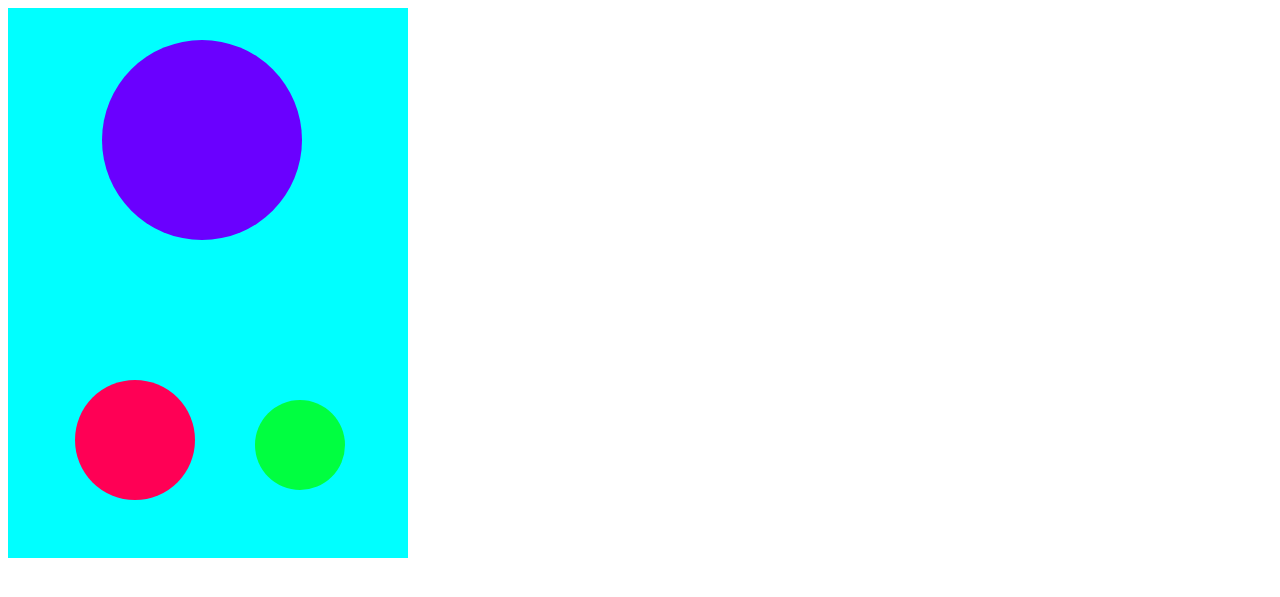
Repository: sara55m/Counter_App
Page: index.html
The author's editor kept a copy of each file at every save. The page is drawn from the files as they stood at one save, then again after the next save.
The browser window is 1280 px wide. The pictures show the whole page.

Above is the page before, as saved 2024-07-30 03:23:51.

### index.html
<!DOCTYPE html>
<html lang="en">
<head>
    <meta charset="UTF-8">
    <meta name="viewport" content="width=device-width, initial-scale=1.0">
    <title>Document</title>
    <link rel="stylesheet" href="css/style.css">
</head>
<body>
    <div class="container">
        <div class="main" id="main"></div>
        <div class="increase" id="increase" onclick="increase()"></div>
        <div class="reset" onclick="reset_1()"></div>
    </div>
    <script src="js/script.js"></script>
</body>
</html>

### css/style.css
.container{
    height:550px;
    width:400px;
    background-color: aqua;
}

.main{
    position:absolute;
    top:40px;
    left:102px;
    height:200px;
    width:200px;
    border-radius: 50%;
    background-color: rgb(106, 0, 255);
    text-align: center;
    font-size: 50px;
}


.increase{
    position:absolute;
    top:380px;
    left:75px;
    height:120px;
    width:120px;
    border-radius: 50%;
    background-color: rgb(255, 0, 85);
    text-align: center;
    font-size: 50px;
}


.reset{
    position:absolute;
    top:400px;
    left:255px;
    height:90px;
    width:90px;
    border-radius: 50%;
    background-color: rgb(0, 255, 64);
}

### js/script.js
let count=0;
let count1=0;
function increase(){
    count+=1;
    count1+=1;
    document.getElementById("increase").innerHTML=count;
    document.getElementById("main").innerHTML=count1;

}



function reset_1(){
    let count=0;
    let x=document.getElementById("main").innerHTML=count;

}

After the next save:
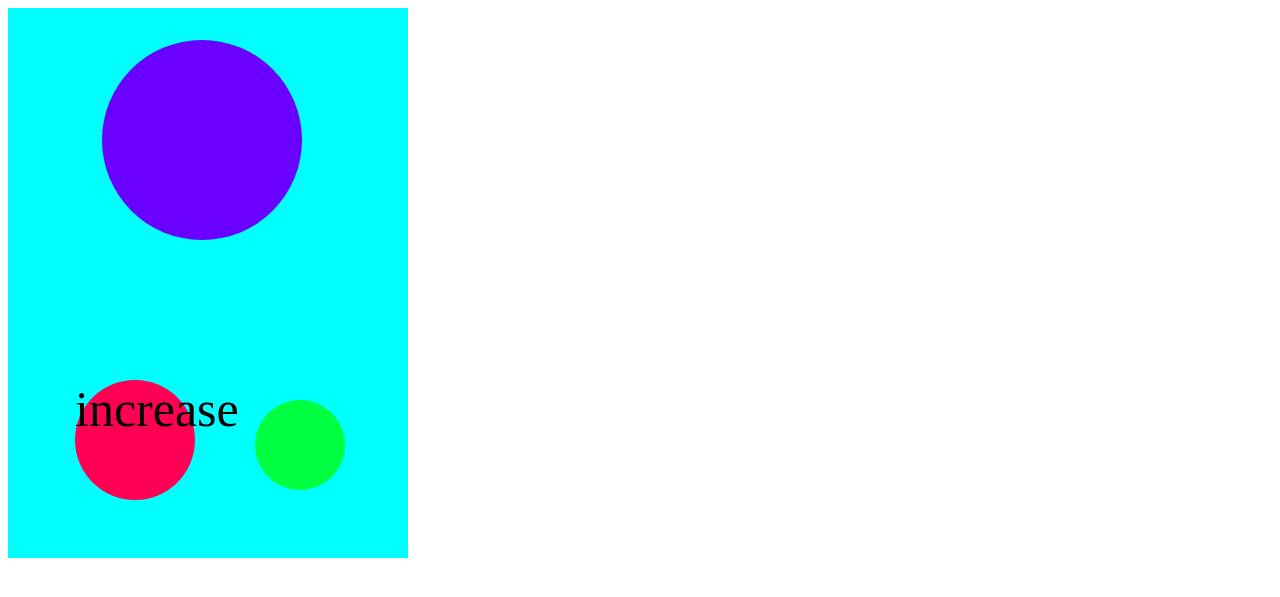
Saved 89 s later.
--- a/index.html
+++ b/index.html
@@ -9,7 +9,7 @@
 <body>
     <div class="container">
         <div class="main" id="main"></div>
-        <div class="increase" id="increase" onclick="increase()"></div>
+        <div class="increase" id="increase" onclick="increase()">increase</div>
         <div class="reset" onclick="reset_1()"></div>
     </div>
     <script src="js/script.js"></script>
